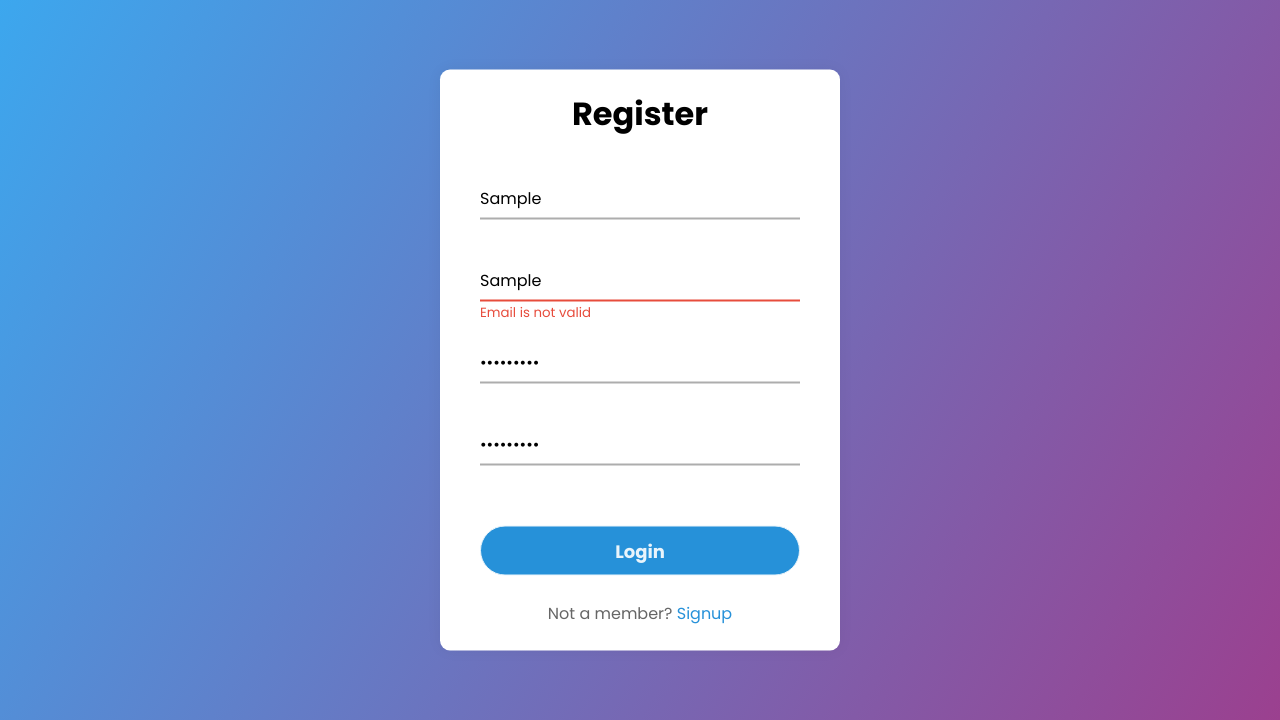
Repository: HoanTiny/30projects-30day
Page: Day 8/index.html
These files come from the project's save history. The page is drawn as it stood at one moment and after the next save; the edit follows.
The browser window is 1280 px wide. The pictures show the whole page.
Empty fields were first filled with sample values (such as "Sample", 5 or name@example.com).
After loading, the first visible `form` was submitted once.

Above is the page before, as saved 2021-12-06 14:38:41.

After the next save:
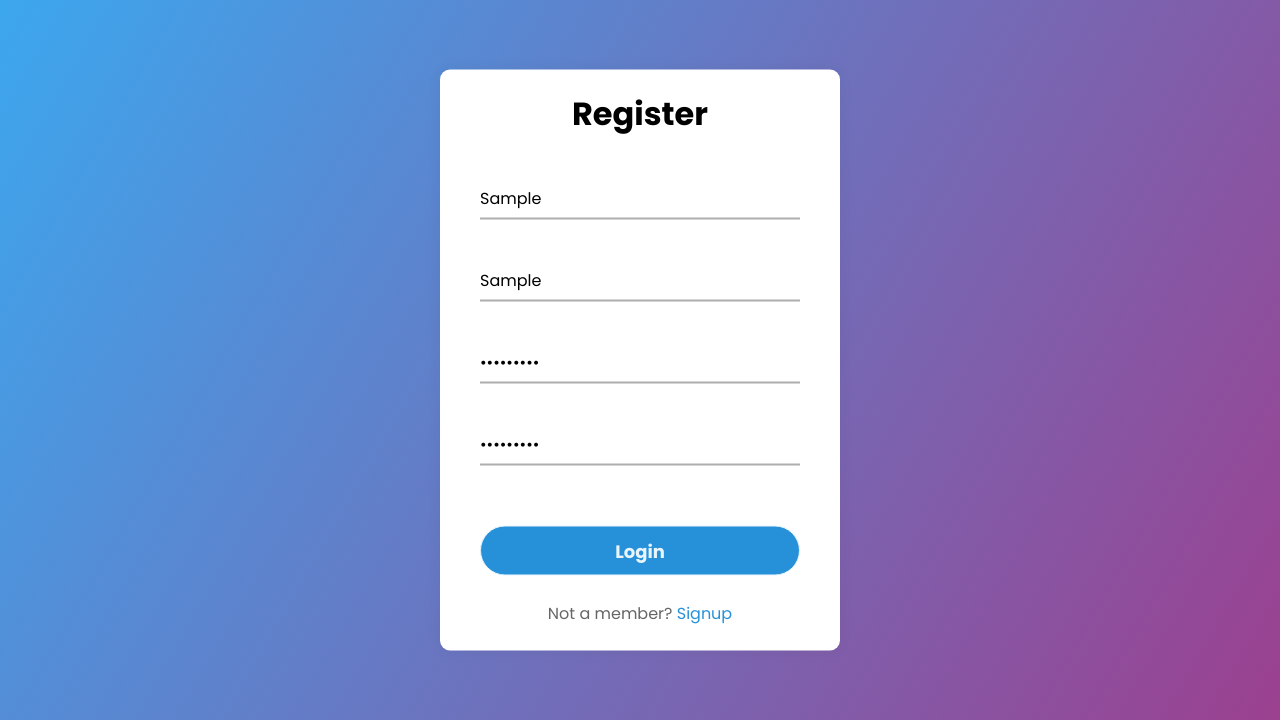
Console error: TypeError: Cannot read properties of undefined (reading 'value')
Saved 5 min 43 s later.
--- a/Day 8/app.js
+++ b/Day 8/app.js
@@ -20,7 +20,11 @@
     small.innerText = "";
 }
 
-function checkusername() {}
+function checkusername(input, min) {
+    if (input.value.length < min) {
+        showError(input, "Username phải trên 3 ký tự");
+    }
+}
 
 function checkmail(input) {
     const re =

After the save that followed:
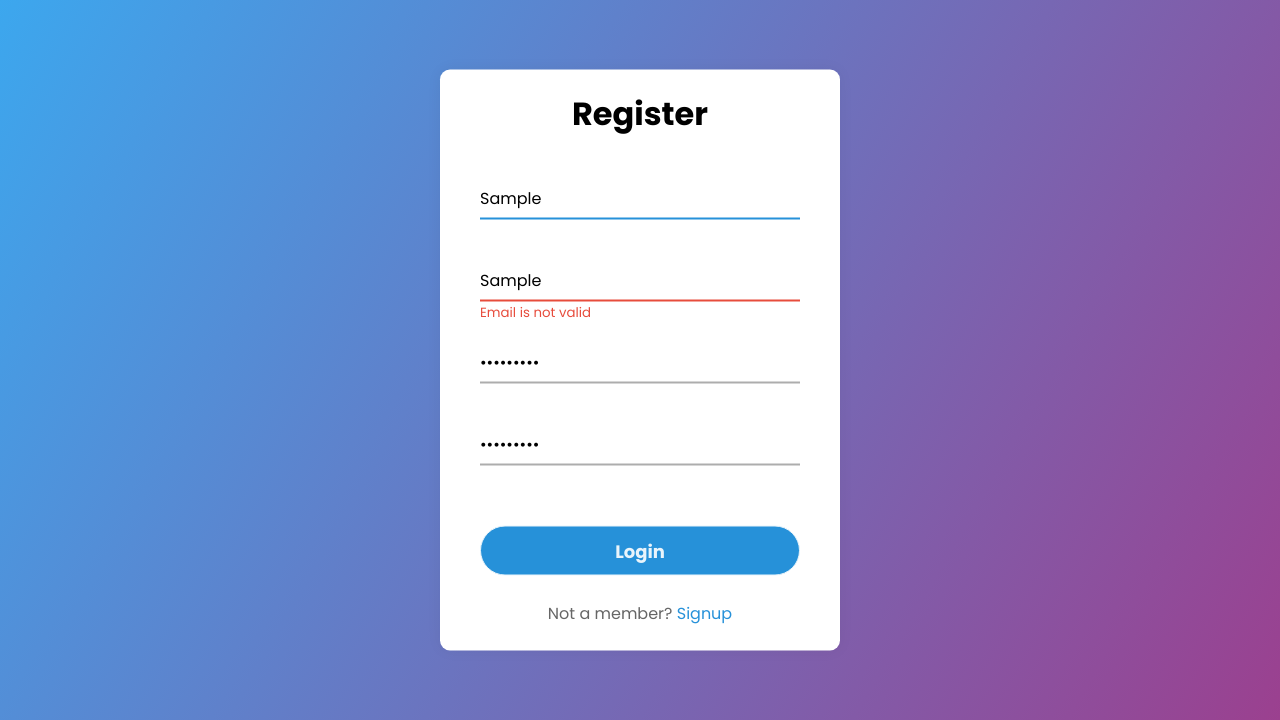
The error is gone.
Saved 24 s later.
--- a/Day 8/app.js
+++ b/Day 8/app.js
@@ -23,6 +23,8 @@
 function checkusername(input, min) {
     if (input.value.length < min) {
         showError(input, "Username phải trên 3 ký tự");
+    } else {
+        showSuccess(input);
     }
 }
 
@@ -38,6 +40,6 @@
 
 form.addEventListener("submit", function (e) {
     e.preventDefault();
-    checkusername();
+    checkusername(username, 3);
     checkmail(email);
 });
